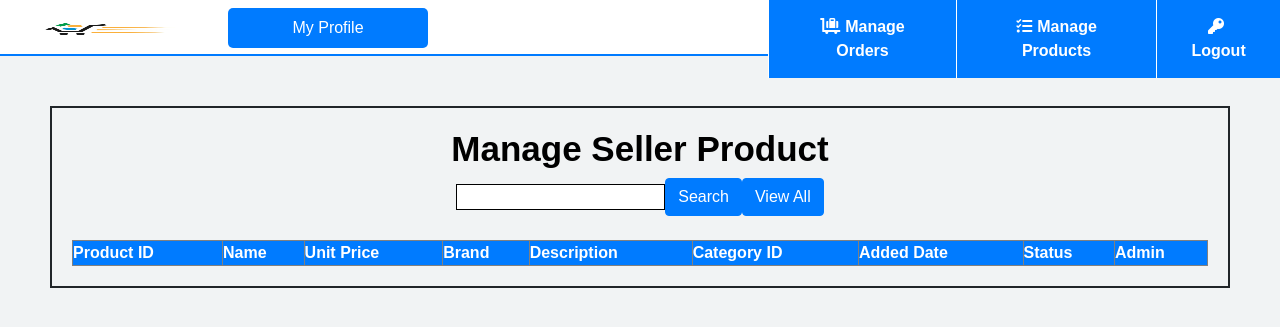
Repository: sahanjayawardena9619/PAF_Project
Page: http://localhost/paf_project/WEB-INF/views/SellerProduct.jsp
An editor plug-in stored every save of this project. The page is shown before and after the next save, followed by the edit.
The browser window is 1280 px wide. The pictures show the whole page.
Some web fonts or font styles are not loaded; a fallback is used. Some web libraries are served in a nearby version. The page is served by Tomcat 9. Nobody is signed in. The template is opened directly, without the code that normally fills it, so the values that code supplies are empty.

Above is the page before, as saved 2019-05-15 20:30:37.

After the next save:
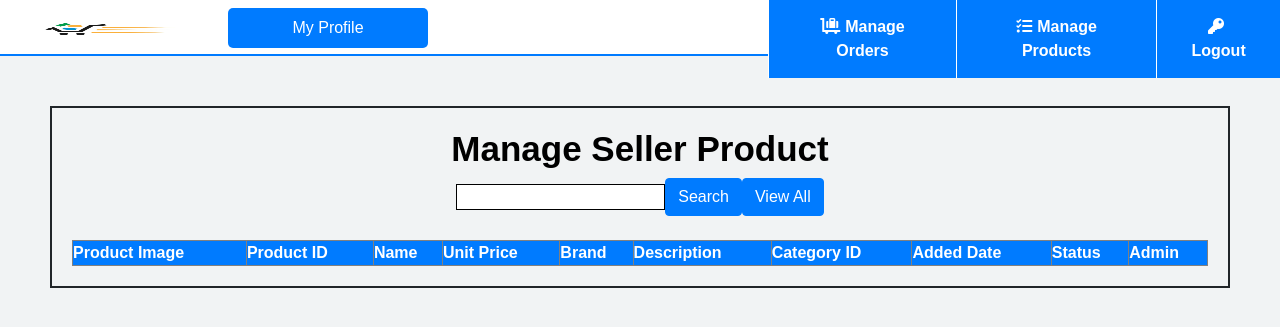
Saved 26 s later.
--- a/Main Project (Final)/PAF/paf_project/src/main/webapp/WEB-INF/views/SellerProduct.jsp
+++ b/Main Project (Final)/PAF/paf_project/src/main/webapp/WEB-INF/views/SellerProduct.jsp
@@ -73,7 +73,7 @@
 			</form:form>
 			<br>
 			<table border="1" width="100%">
-
+				<th style="color: #fff; background-color: #007bff;">Product Image</th>
 				<th style="color: #fff; background-color: #007bff;">Product ID</th>
 				<th style="color: #fff; background-color: #007bff;">Name</th>
 				<th style="color: #fff; background-color: #007bff;">Unit Price</th>
